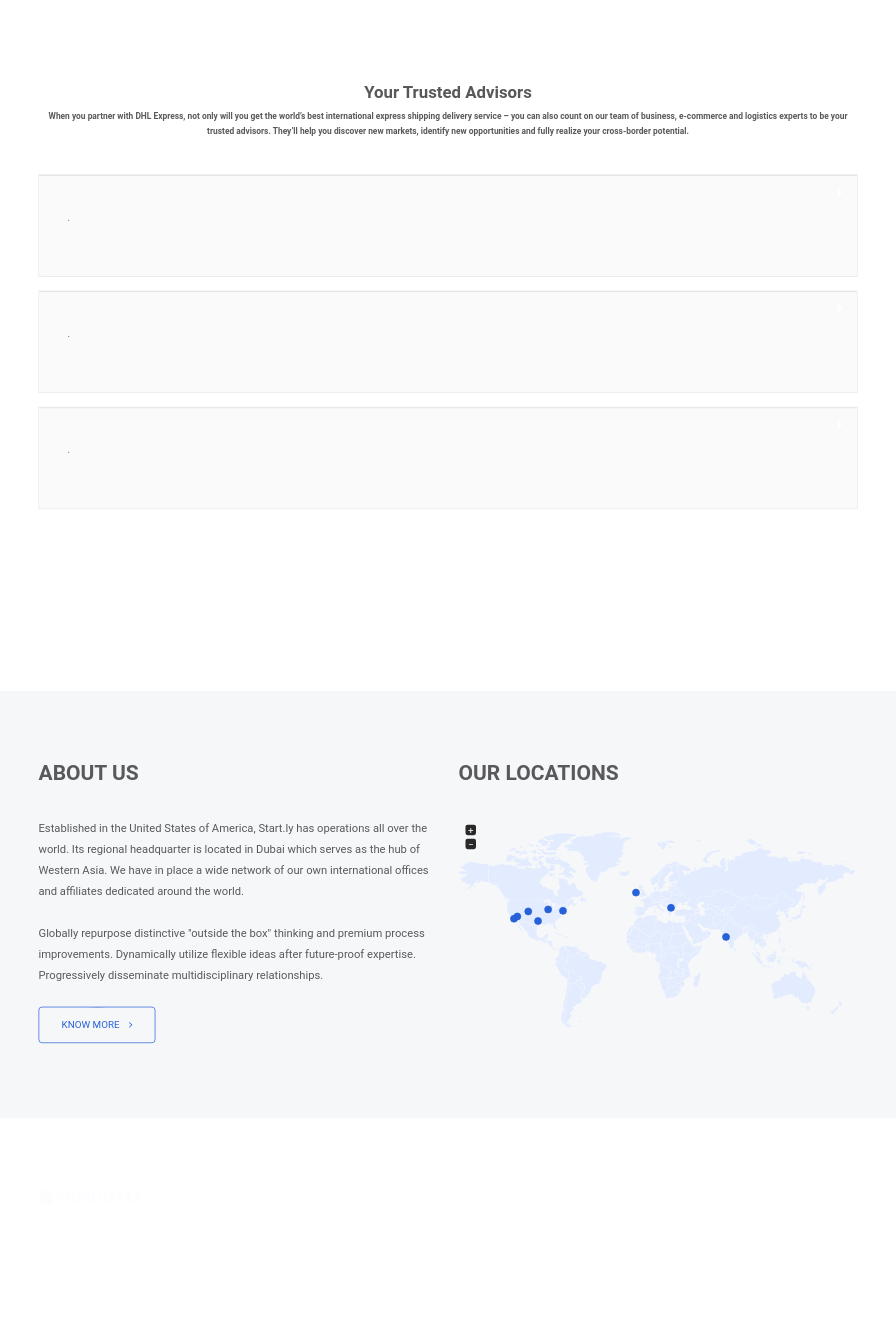
Repository: greatchriz/shipery
Page: http://localhost/
These files come from the project's save history. The page is drawn as it stood at one moment and after the next save; the edit follows.
The browser window is 1280 px wide. The pictures show the part of the page from y = 1233 to 3153 px (the page is 3422 px tall before and 4016 px after), at 70% of full size.
The page is served by the project's Laravel application, run on PHP 8.4 with Laravel 10.

Above is the page before, as saved 2024-02-02 17:38:54.
Console error: TypeError: navbar.affix is not a function

After the next save:
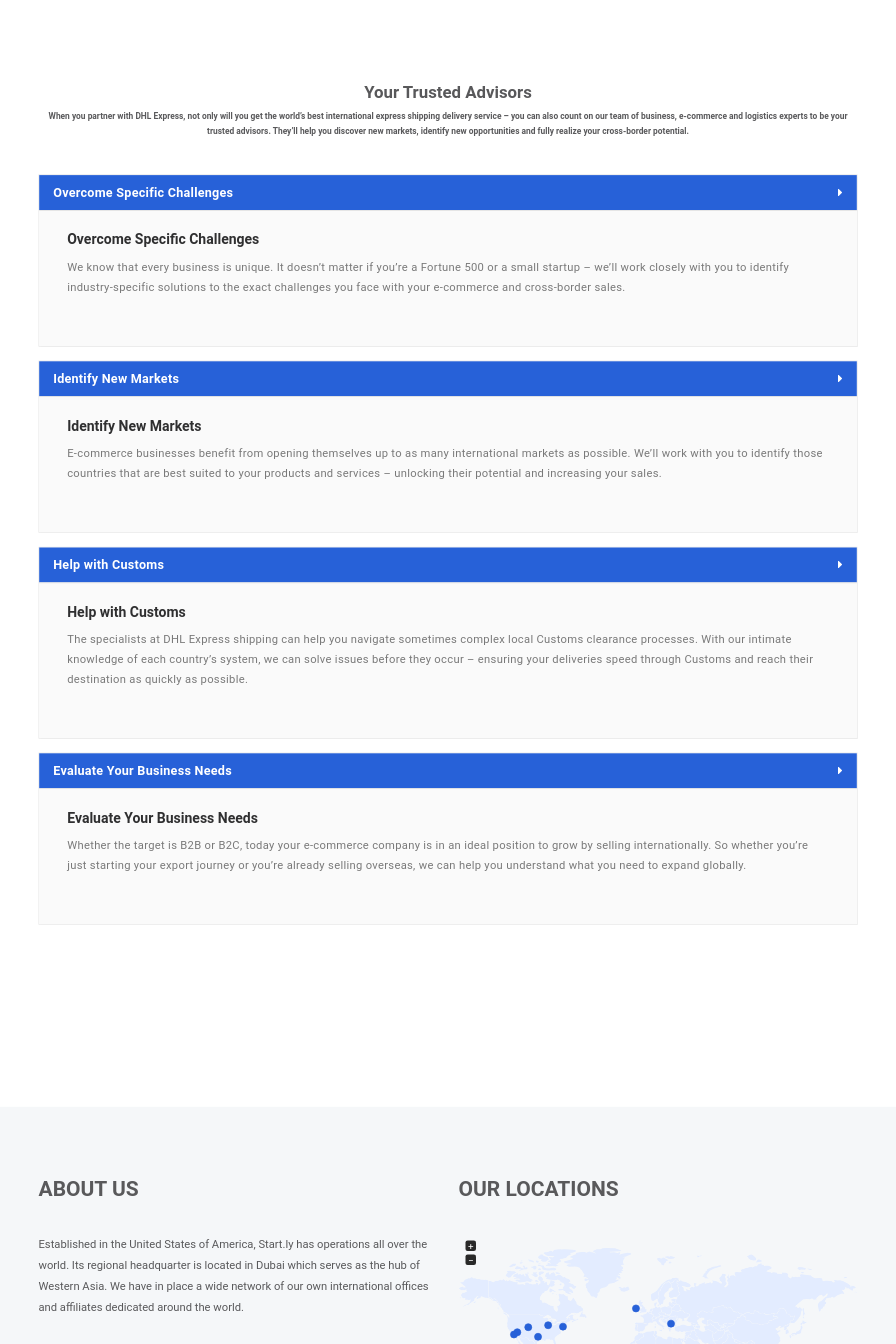
Saved 6 min 44 s later.
--- a/resources/views/welcome.blade.php
+++ b/resources/views/welcome.blade.php
@@ -21,9 +21,13 @@
                                 aria-multiselectable="true"
                         >
 
-                        <x-sections.get_quote id="hc1" href="hcs1" />
-                        <x-sections.get_quote id="hc2" href="hcs2" />
-                        <x-sections.get_quote id="hc3" href="hcs3" />
+                        <x-sections.get_quote id="hc1" href="hcs1" title="Overcome Specific Challenges" content="We know that every business is unique. It doesn’t matter if you’re a Fortune 500 or a small startup – we’ll work closely with you to identify industry-specific solutions to the exact challenges you face with your e-commerce and cross-border sales"/>
+                        <x-sections.get_quote id="hc2" href="hcs2" title="Identify New Markets" content="E-commerce businesses benefit from opening themselves up to as many international markets as possible. We’ll work with you to identify those countries that are best suited to your products and services – unlocking their potential and increasing your sales"/>
+                        <x-sections.get_quote id="hc3" href="hcs3" title="Help with Customs" content="The specialists at DHL Express shipping can help you navigate sometimes complex local Customs clearance processes. With our intimate knowledge of each country’s system, we can solve issues before they occur – ensuring your deliveries speed through Customs and reach their destination as quickly as possible"/>
+                        {{-- create another one --}}
+                        <x-sections.get_quote id="hc4" href="hcs4" title="Evaluate Your Business Needs" content="Whether the target is B2B or B2C, today your e-commerce company is in an ideal position to grow by selling internationally. So whether you’re just starting your export journey or you’re already selling overseas, we can help you understand what you need to expand globally"/>
+
+
 
                     </div>
                 </div>
